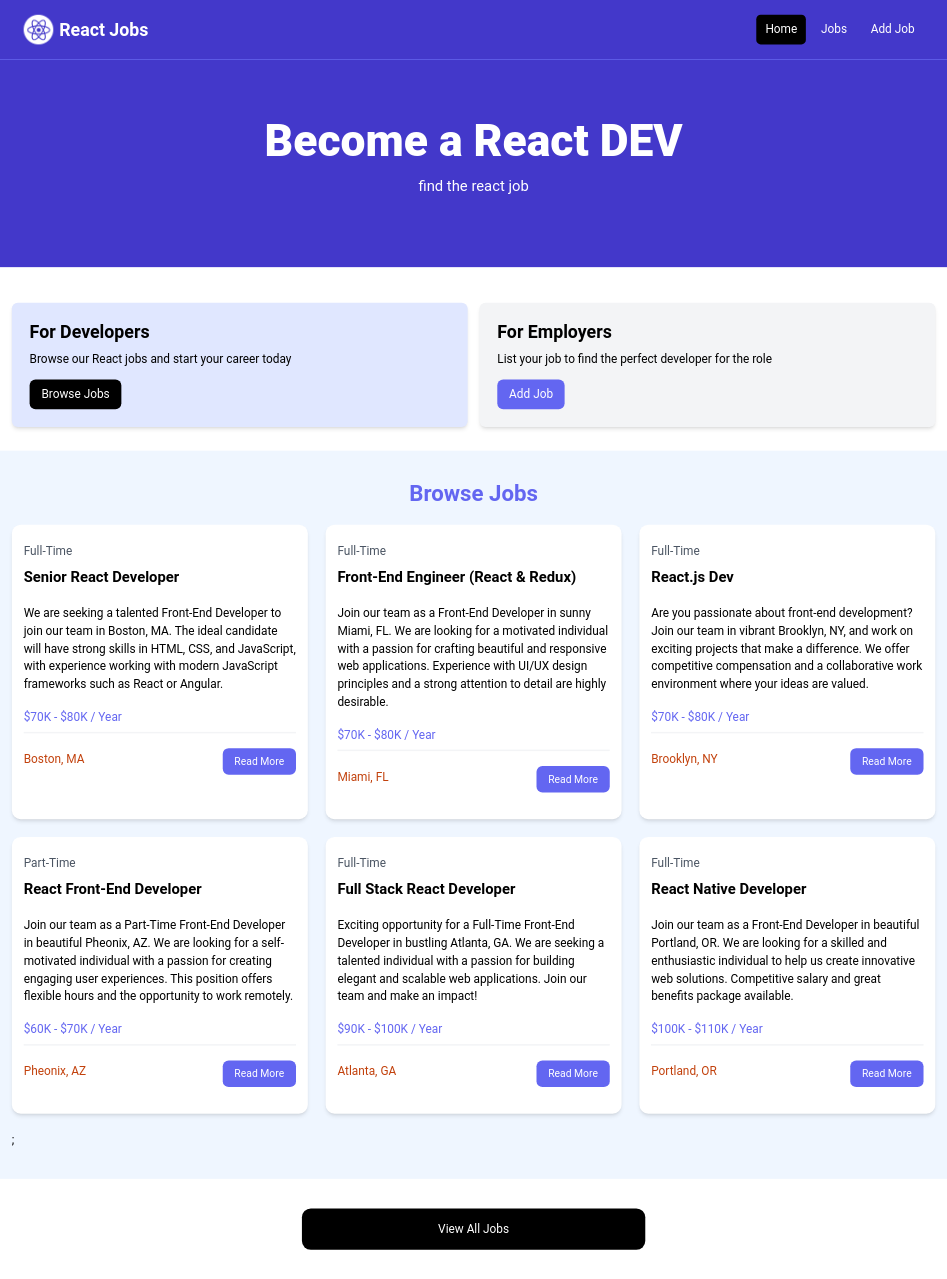
Repository: Geohot-2020/React_setup
Page: / (app in react-crash-2024/)
An editor plug-in stored every save of this project. The page is shown before and after the next save, followed by the edit.
The browser window is 1280 px wide. The pictures show the whole page, at 74% of full size.
The project was rebuilt for these pictures with package versions that can differ from the ones it lists, and the page was loaded fresh each time. Also part of the build but not shown: react-crash-2024/vite.config.js.

Above is the page before, as saved 2024-11-13 16:12:35.

### react-crash-2024/src/App.jsx
import React from 'react'
import Navbar from './components/Navbar'
import Hero from './components/Hero'
import HomeCards from './components/HomeCards'
import JobListings from './components/JobListings'


const App = () => {
  return (
    <>
      <Navbar />
      <Hero />
      <HomeCards />
      <JobListings />



      <section className="m-auto max-w-lg my-10 px-6">
        <a
          href="jobs.html"
          className="block bg-black text-white text-center py-4 px-6 rounded-xl hover:bg-gray-700"
        >View All Jobs</a
        >
      </section>
    </>
  )
}

export default App

### react-crash-2024/src/components/Navbar.jsx
import React from 'react'
import logo from '../assets/images/logo.png'
const Navbar = () => {
    return (
        <nav className="bg-indigo-700 border-b border-indigo-500">
            <div className="mx-auto max-w-7xl px-2 sm:px-6 lg:px-8">
                <div className="flex h-20 items-center justify-between">
                    <div
                        className="flex flex-1 items-center justify-center md:items-stretch md:justify-start"
                    >
                        {/* <!-- Logo --> */}
                        <a className="flex flex-shrink-0 items-center mr-4" href="/index.html">
                            <img
                                className="h-10 w-auto"
                                src={logo}
                                alt="React Jobs"
                            />
                            <span className="hidden md:block text-white text-2xl font-bold ml-2"
                            >React Jobs</span
                            >
                        </a>
                        <div className="md:ml-auto">
                            <div className="flex space-x-2">
                                <a
                                    href="/index.html"
                                    className="text-white bg-black hover:bg-gray-900 hover:text-white rounded-md px-3 py-2"
                                >Home</a
                                >
                                <a
                                    href="/jobs.html"
                                    className="text-white hover:bg-gray-900 hover:text-white rounded-md px-3 py-2"
                                >Jobs</a
                                >
                                <a
                                    href="/add-job.html"
                                    className="text-white hover:bg-gray-900 hover:text-white rounded-md px-3 py-2"
                                >Add Job</a
                                >
                            </div>
                        </div>
                    </div>
                </div>
            </div>
        </nav>
    )
}

export default Navbar

### react-crash-2024/src/components/Hero.jsx
import React from 'react'

const Hero = ({title = 'Become a React DEV', subtitle = 'find the react job'}) => {
    return (
        <section className="bg-indigo-700 py-20 mb-4">
            <div
                className="max-w-7xl mx-auto px-4 sm:px-6 lg:px-8 flex flex-col items-center"
            >
                <div className="text-center">
                    <h1
                        className="text-4xl font-extrabold text-white sm:text-5xl md:text-6xl"
                    >
                        {title}
                    </h1>
                    <p className="my-4 text-xl text-white">
                        {subtitle}
                    </p>
                </div>
            </div>
        </section>
    )
}

export default Hero

### react-crash-2024/src/components/HomeCards.jsx
import React from 'react'
import Card from './Card'

const HomeCards = () => {
    return (
        <section className="py-4">
            <div className="container-xl lg:container m-auto">
                <div className="grid grid-cols-1 md:grid-cols-2 gap-4 p-4 rounded-lg">
                    <Card bg='bg-indigo-100'>
                        <h2 className="text-2xl font-bold">For Developers</h2>
                        <p className="mt-2 mb-4">
                            Browse our React jobs and start your career today
                        </p>
                        <a
                            href="/jobs.html"
                            className="inline-block bg-black text-white rounded-lg px-4 py-2 hover:bg-gray-700"
                        >
                            Browse Jobs
                        </a>
                    </Card>
                    <Card>
                        <h2 className="text-2xl font-bold">For Employers</h2>
                        <p className="mt-2 mb-4">
                            List your job to find the perfect developer for the role
                        </p>
                        <a
                            href="/add-job.html"
                            className="inline-block bg-indigo-500 text-white rounded-lg px-4 py-2 hover:bg-indigo-600"
                        >
                            Add Job
                        </a>
                    </Card>
                </div>
            </div>
        </section>
    )
}

export default HomeCards

### react-crash-2024/src/components/JobListings.jsx
import React from 'react';
import jobs from '../jobs.json';


const JobListings = () => {
    return (
        <section className="bg-blue-50 px-4 py-10">
            <div className="container-xl lg:container m-auto">
                <h2 className="text-3xl font-bold text-indigo-500 mb-6 text-center">
                    Browse Jobs
                </h2>
                <div className="grid grid-cols-1 md:grid-cols-3 gap-6">
                    {jobs.map((job) => (
                        <div className="bg-white rounded-xl shadow-md relative">
                            <div className="p-4">
                                <div className="mb-6">
                                    <div className="text-gray-600 my-2">{job.type}</div>
                                    <h3 className="text-xl font-bold">{job.title}</h3>
                                </div>

                                <div className="mb-5">
                                    {job.description}
                                </div>

                                <h3 className="text-indigo-500 mb-2">{job.salary} / Year</h3>

                                <div className="border border-gray-100 mb-5"></div>

                                <div className="flex flex-col lg:flex-row justify-between mb-4">
                                    <div className="text-orange-700 mb-3">
                                        <i className="fa-solid fa-location-dot text-lg"></i>
                                        {job.location}
                                    </div>
                                    <a
                                        href="job.html"
                                        className="h-[36px] bg-indigo-500 hover:bg-indigo-600 text-white px-4 py-2 rounded-lg text-center text-sm"
                                    >
                                        Read More
                                    </a>
                                </div>
                            </div>
                        </div>
                    ))};

                </div>
            </div>
        </section>
    )
}

export default JobListings

### react-crash-2024/src/components/Card.jsx
import React from 'react'

const Card = ({children, bg = 'bg-gray-100'}) => {
  return (
    <div className={`${bg} p-6 rounded-lg shadow-md`}>
        {children}
    </div>
  )
}

export default Card

### react-crash-2024/tailwind.config.js
/** @type {import('tailwindcss').Config} */
export default {
  content: [
    "./index.html",
    "./src/**/*.{js,ts,jsx,tsx}",
  ],
  theme: {
    extend: {
      fontFamily: {
        sans: ['Roboto', 'sans-serif'],
      },
      gridTemplateColumns: {
        '70/30': '70% 28%',
      },
    },
  },
  plugins: [],
}

Loaded but not shown: react-crash-2024/index.html (common file); react-crash-2024/src/main.jsx (common file); react-crash-2024/src/index.css (common file); react-crash-2024/src/jobs.json (common file)

After the next save:
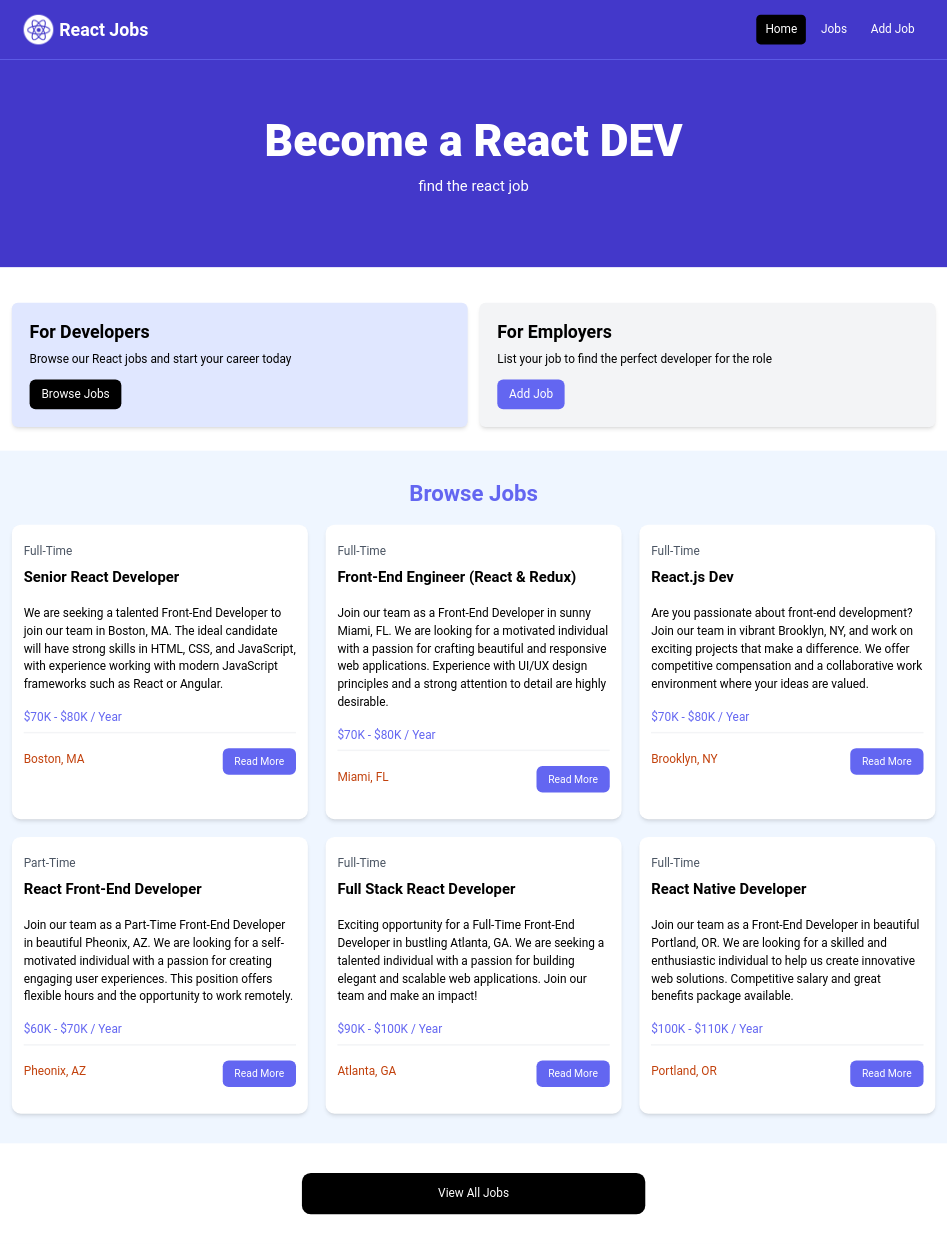
Saved 18 s later.
--- a/react-crash-2024/src/components/JobListings.jsx
+++ b/react-crash-2024/src/components/JobListings.jsx
@@ -40,7 +40,7 @@ const JobListings = () => {
                                 </div>
                             </div>
                         </div>
-                    ))};
+                    ))}
 
                 </div>
             </div>
